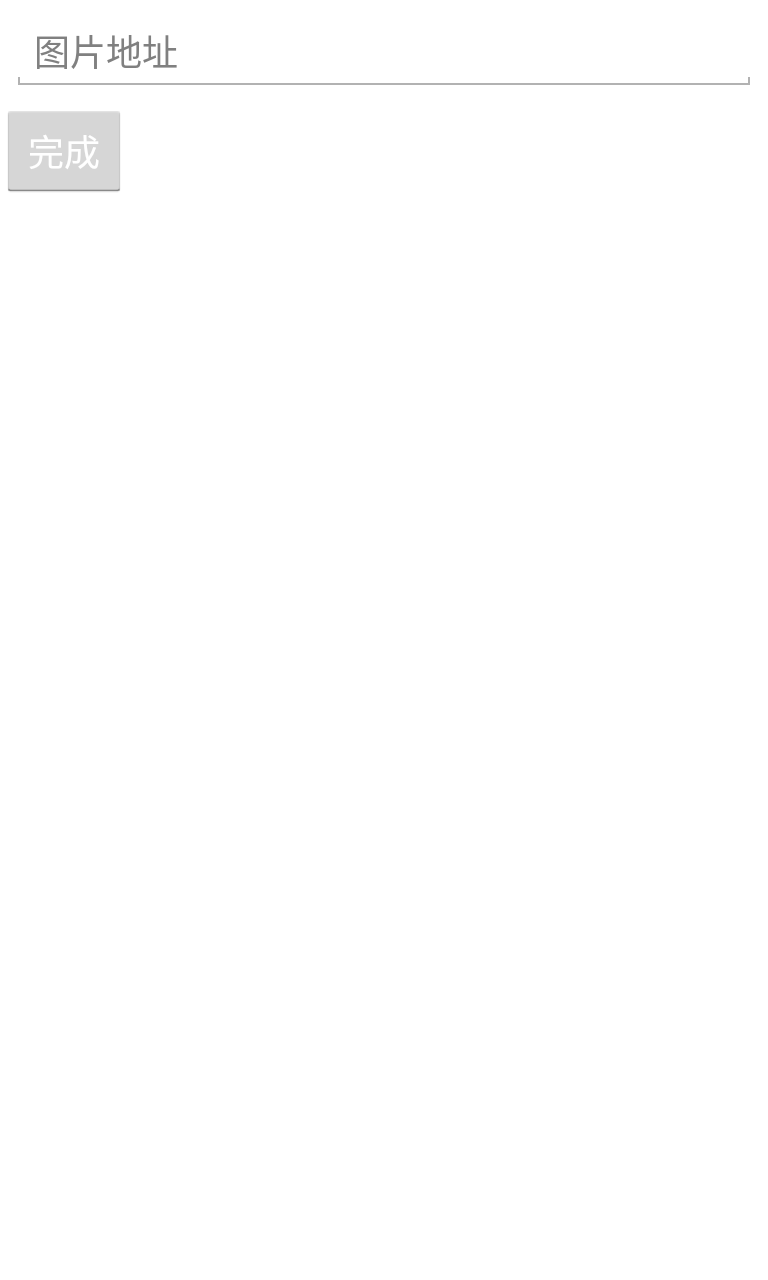
Repository: taiyang0725/Android
Layout: TestViewPage/res/layout/net_pic.xml
These files come from the project's save history. The layout is drawn as it stood at one moment and after the next save; the edit follows.
It is drawn on a 768 x 1280 px phone screen (xhdpi) without system bars, with theme AppTheme; the app's code is not run.

Above is the layout before, as saved 2015-05-14 07:04:54.

After the next save:
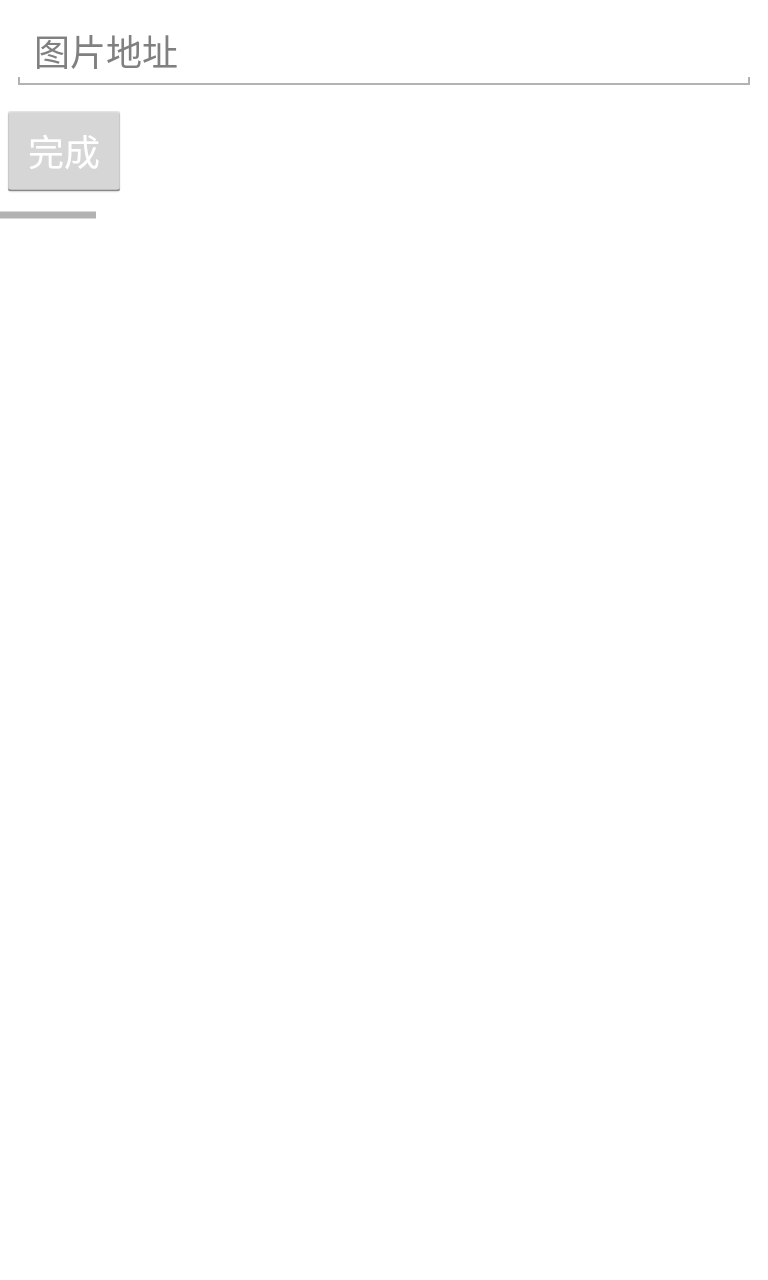
Saved 2 min 38 s later.
--- a/TestViewPage/res/layout/net_pic.xml
+++ b/TestViewPage/res/layout/net_pic.xml
@@ -18,6 +18,13 @@
         android:text="完成"
         android:textColor="#FFFFFF"
         />
+
+    <ProgressBar
+        android:id="@+id/progressBar1"
+        style="?android:attr/progressBarStyleHorizontal"
+        android:layout_width="wrap_content"
+        android:layout_height="wrap_content" />
+
     <ImageView
         android:id="@+id/img_net"
         android:layout_width="match_parent"
